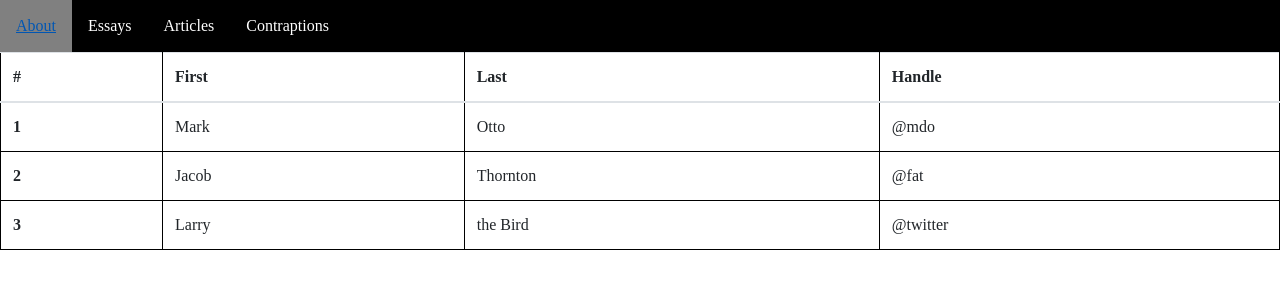
Repository: jpl0pes/cs50problems
Page: pset8/homepage/articles.html
The author's editor kept a record of every edit. The page is drawn from the files as they stood at one moment, then again after the next edit.
The browser window is 1280 px wide. The pictures show the whole page.

Above is the page before.

### pset8/homepage/articles.html
<!DOCTYPE html>

<html lang="en">
    <head>
        <link href="https://stackpath.bootstrapcdn.com/bootstrap/4.1.3/css/bootstrap.min.css" rel="stylesheet">
        <meta charset="UTF-8">
        <meta name="viewport" content="width=device-width, initial-scale=1.0">
        <title>About</title>
        <link rel="stylesheet" href="styles.css"></link>
    </head>
    <body>
        <div>
            <ul id="navigation">
                <li class="navigation_list"><a class="navigation_list_a" href="index.html">About</a></li>
                <li class="navigation_list"><a class="navigation_list_a" href="essays.html">Essays</a></li>
                <li class="navigation_list"><a class="navigation_list_a" href="articles.html">Articles</a></li>
                <li class="navigation_list"><a class="navigation_list_a" href="contraptions">Contraptions</a></li>
            </ul>
        </div>
        <div>
            <table class="table">
              <thead>
                <tr>
                  <th scope="col">#</th>
                  <th scope="col">First</th>
                  <th scope="col">Last</th>
                  <th scope="col">Handle</th>
                </tr>
              </thead>
              <tbody>
                <tr>
                  <th scope="row">1</th>
                  <td>Mark</td>
                  <td>Otto</td>
                  <td>@mdo</td>
                </tr>
                <tr>
                  <th scope="row">2</th>
                  <td>Jacob</td>
                  <td>Thornton</td>
                  <td>@fat</td>
                </tr>
                <tr>
                  <th scope="row">3</th>
                  <td>Larry</td>
                  <td>the Bird</td>
                  <td>@twitter</td>
                </tr>
              </tbody>
            </table>
        </div>
    </body>
</html>

### pset8/homepage/styles.css
body {
    font-family: "arial, sans-serif";
    width:auto;
}

.maincontent {
  margin:10px;
}

.contraptions {
  margin-left:10px;
  margin-top:10px;
}

.row {
   display: flex;
   flex-wrap: wrap;
   padding:10px;
}

.row > div[class*='col-'] {
  display: flex;
}


#navigation {
  list-style-type: none;
  margin: 0;
  padding: 0;
  overflow: hidden;
  background-color:black;
}

.navigation_list {
  float: left;
}

.navigation_list_a {
  display: block;
  color: white;
  text-align: center;
  padding: 14px 16px;
  text-decoration: none;
  font-family: "ubuntu";
}

.navigation_list:hover {
  background-color: gray;
}

#this_is_tables table, th, td {
  border: 1px solid black;
  border-collapse: collapse;
  padding:10px;
}

#this_is_tables th {
  background-color:black;
  color: white;
}

After the next edit:
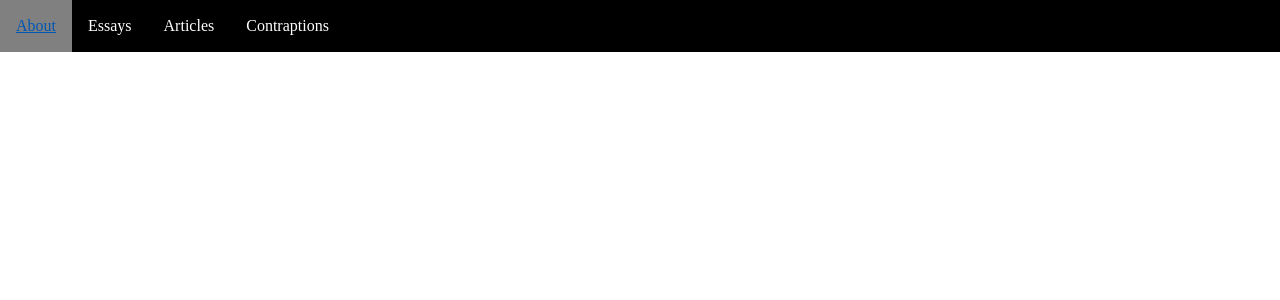
The edit:
--- a/pset8/homepage/articles.html
+++ b/pset8/homepage/articles.html
@@ -18,36 +18,6 @@
             </ul>
         </div>
         <div>
-            <table class="table">
-              <thead>
-                <tr>
-                  <th scope="col">#</th>
-                  <th scope="col">First</th>
-                  <th scope="col">Last</th>
-                  <th scope="col">Handle</th>
-                </tr>
-              </thead>
-              <tbody>
-                <tr>
-                  <th scope="row">1</th>
-                  <td>Mark</td>
-                  <td>Otto</td>
-                  <td>@mdo</td>
-                </tr>
-                <tr>
-                  <th scope="row">2</th>
-                  <td>Jacob</td>
-                  <td>Thornton</td>
-                  <td>@fat</td>
-                </tr>
-                <tr>
-                  <th scope="row">3</th>
-                  <td>Larry</td>
-                  <td>the Bird</td>
-                  <td>@twitter</td>
-                </tr>
-              </tbody>
-            </table>
         </div>
     </body>
 </html>
